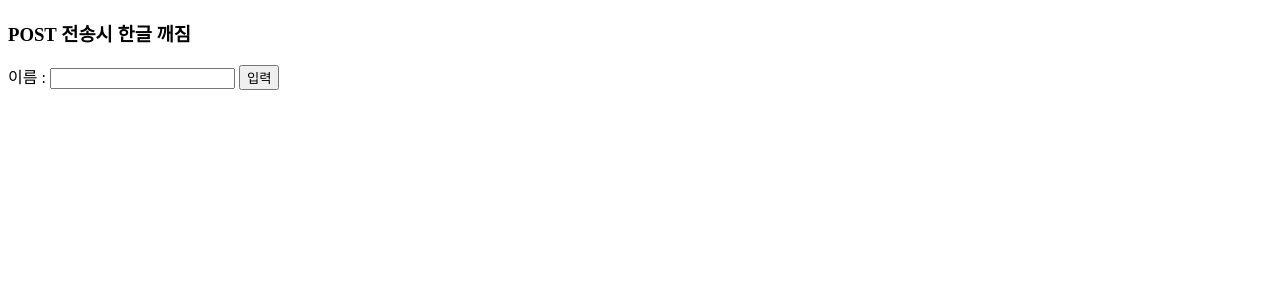
Repository: YooMyeongSeon/JSP_Servlet_Study
Page: http://localhost/web07/Ex_20_Form.jsp
An editor plug-in stored every save of this project. The page is shown before and after the next save, followed by the edit.
The browser window is 1280 px wide. The pictures show the whole page.
The page is served by Tomcat 9.

Above is the page before, as saved 2022-06-10 06:55:59.

After the next save:
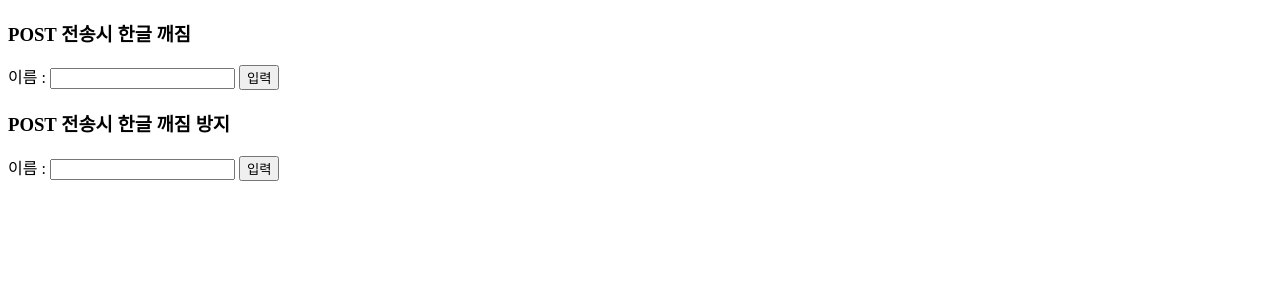
Saved 68 s later.
--- a/web07/WebContent/Ex_20_Form.jsp
+++ b/web07/WebContent/Ex_20_Form.jsp
@@ -12,5 +12,10 @@
 		이름 : <input type="text" name="name">
 		<input type="submit" value="입력">
 	</form>
+	<h3>POST 전송시 한글 깨짐 방지</h3>
+	<form action="EX_20_Result2.jsp" method="POST">
+		이름 : <input type="text" name="name">
+		<input type="submit" value="입력">
+	</form>
 </body>
 </html>
